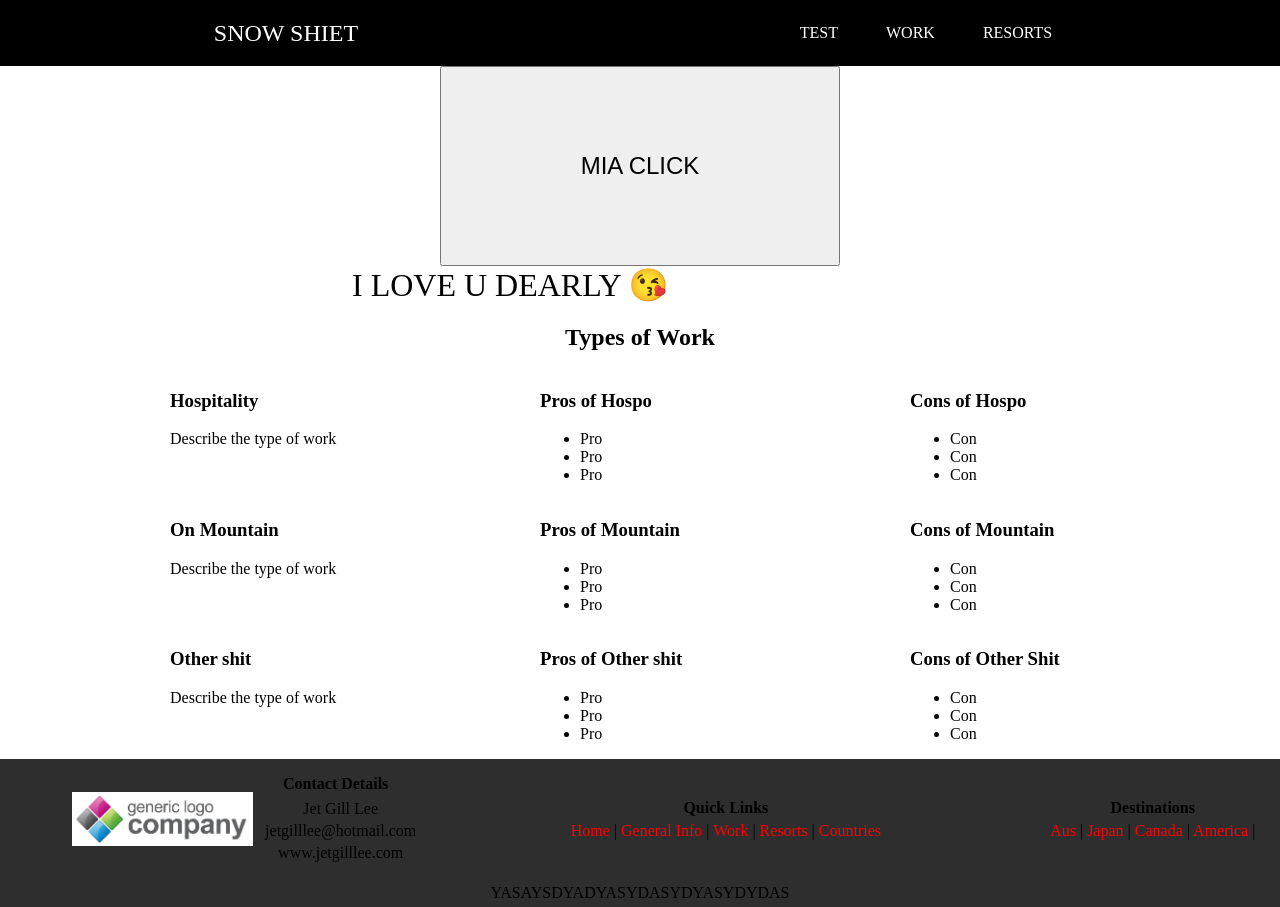
Repository: Jet-Gill-Lee/SnowSite
Page: work-overview.html
The author's editor kept a copy of each file at every save. The page is drawn from the files as they stood at one save, then again after the next save.
The browser window is 1280 px wide. The pictures show the whole page.

Above is the page before, as saved 2021-07-25 00:14:11.

After the next save:
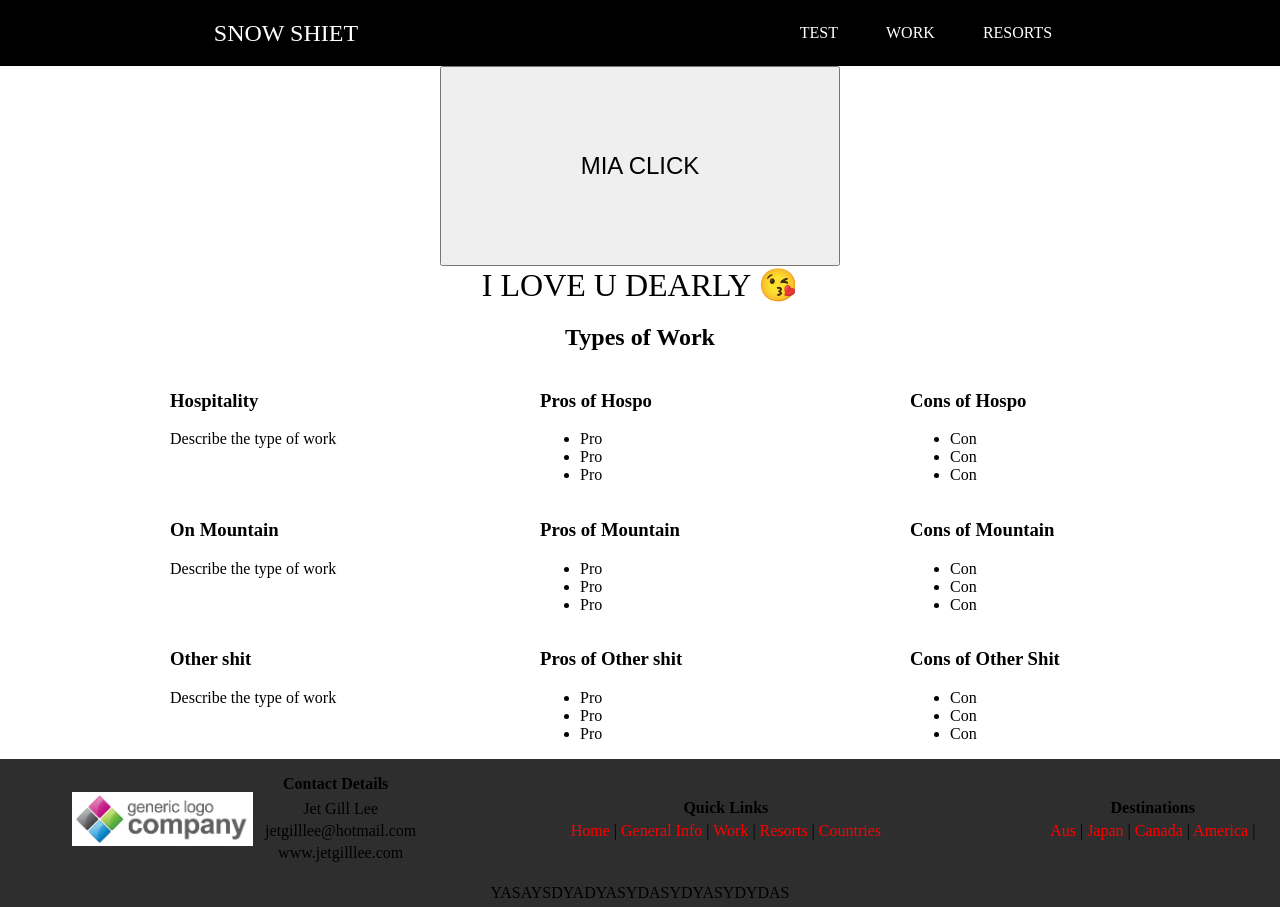
Saved 14 s later.
--- a/work-overview.html
+++ b/work-overview.html
@@ -27,7 +27,7 @@
     </div>
   </div>
   <button id="brodie-button" style='width:400px;height:200px;margin:auto;display:block;font-size:x-large'>MIA CLICK</button>
-  <div class="hero-text" style='font-size:xx-large;display:block;margin:auto;'>I LOVE U DEARLY 😘</div>
+  <div class="hero-text" style='font-size:xx-large;display:block;margin:auto;text-align:center;'>I LOVE U DEARLY 😘</div>
 <!-- MAIN -->
   <div id="page-main">
     <div id="main-info">
